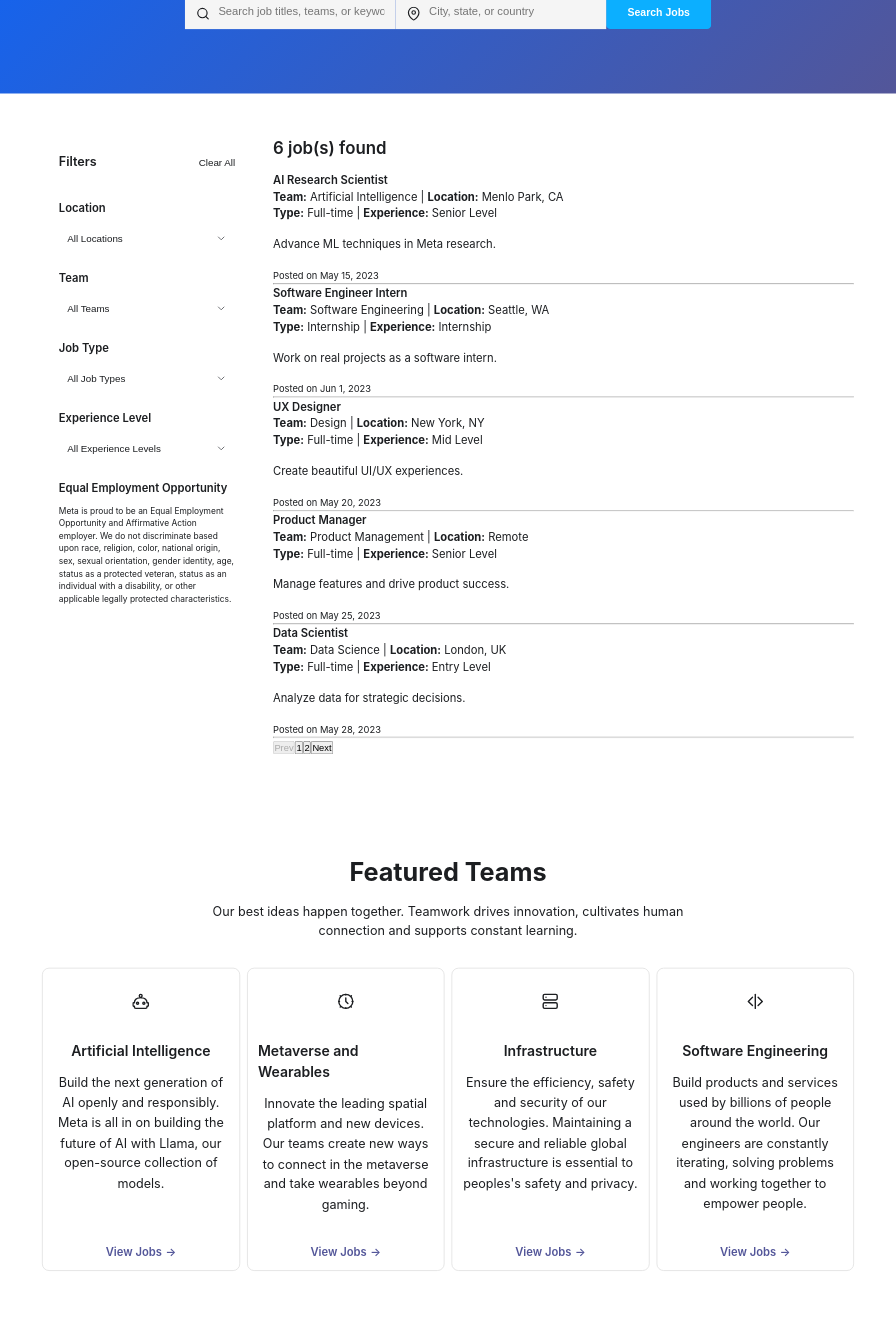
Repository: Siddharthkothiyal/GharPadhaaroCareerWebsite
Page: /careers
An editor plug-in stored every save of this project. The page is shown before and after the next save, followed by the edit.
The browser window is 1280 px wide. The pictures show the part of the page from y = 431 to 2351 px (the page is 2908 px tall before and 3175 px after), at 70% of full size.
The project was rebuilt for these pictures with package versions that can differ from the ones it lists, and the page was loaded fresh each time. Also part of the build but not shown: src/components/CareerPortal/ResumeUpload.css, src/components/CareerPortal/ResumeUpload.js, src/components/Auth/Login.js, src/components/Auth/Signup.js, src/components/LandingPage/LandingPage.js, src/components/CareerPortal/JobListing/JobCategory.js.

Above is the page before, as saved 2025-06-20 16:26:32.

### public/index.html
<!DOCTYPE html>
<html lang="en">

<head>
  <meta charset="utf-8" />
  <link rel="icon" href="%PUBLIC_URL%/favicon.ico" />
  <meta name="viewport" content="width=device-width, initial-scale=1" />
  <meta name="theme-color" content="#000000" />
  <meta name="description" content="GharPadharo - Find your perfect stay" />

  <!-- Font Awesome CDN (latest) -->
  <link rel="stylesheet" href="https://cdnjs.cloudflare.com/ajax/libs/font-awesome/6.5.2/css/all.min.css"
    integrity="sha512-SnH5WK+bZxgPHs44uWIX+LLJAJ9/2PkPKZ5QiAj6Ta86w+fsb2TkcmfRyVX3pBnMFcV7oQPJkl9QevSCWr3W6A=="
    crossorigin="anonymous" referrerpolicy="no-referrer" />

  <link rel="apple-touch-icon" href="%PUBLIC_URL%/logo192.png" />
  <title>GharPadharo</title>
</head>

<body>
  <noscript>You need to enable JavaScript to run this app.</noscript>
  <div id="root"></div>
  <!--
      This HTML file is a template.
      If you open it directly in the browser, you will see an empty page.

      You can add webfonts, meta tags, or analytics to this file.
      The build step will place the bundled scripts into the <body> tag.

      To begin the development, run `npm start` or `yarn start`.
      To create a production bundle, use `npm run build` or `yarn build`.
    -->
</body>

</html>

### src/components/CareerPortal/JobListing/JobListings.js
import React, { useState, useEffect } from 'react';

const JobListings = ({ searchQuery, filters, category }) => {
  // Mock job data with categories
  const mockJobs = [
    {
      id: 1,
      title: 'AI Research Scientist',
      team: 'Artificial Intelligence',
      location: 'Menlo Park, CA',
      jobType: 'Full-time',
      experience: 'Senior Level',
      category: 'engineering',
      description: 'Advance ML techniques in Meta research.',
      datePosted: '2023-05-15',
    },
    {
      id: 2,
      title: 'Software Engineer Intern',
      team: 'Software Engineering',
      location: 'Seattle, WA',
      jobType: 'Internship',
      experience: 'Internship',
      category: 'engineering',
      description: 'Work on real projects as a software intern.',
      datePosted: '2023-06-01',
    },
    {
      id: 3,
      title: 'UX Designer',
      team: 'Design',
      location: 'New York, NY',
      jobType: 'Full-time',
      experience: 'Mid Level',
      category: 'design',
      description: 'Create beautiful UI/UX experiences.',
      datePosted: '2023-05-20',
    },
    {
      id: 4,
      title: 'Product Manager',
      team: 'Product Management',
      location: 'Remote',
      jobType: 'Full-time',
      experience: 'Senior Level',
      category: 'product',
      description: 'Manage features and drive product success.',
      datePosted: '2023-05-25',
    },
    {
      id: 5,
      title: 'Data Scientist',
      team: 'Data Science',
      location: 'London, UK',
      jobType: 'Full-time',
      experience: 'Entry Level',
      category: 'engineering',
      description: 'Analyze data for strategic decisions.',
      datePosted: '2023-05-28',
    },
    {
      id: 6,
      title: 'HR Manager',
      team: 'Human Resources',
      location: 'Dublin, Ireland',
      jobType: 'Full-time',
      experience: 'Mid Level',
      category: 'hr',
      description: 'Manage hiring and people operations.',
      datePosted: '2023-06-05',
    },
  ];

  const [filteredJobs, setFilteredJobs] = useState([]);
  const [currentPage, setCurrentPage] = useState(1);
  const jobsPerPage = 5;

  useEffect(() => {
    let filtered = [...mockJobs];

    if (category) {
      filtered = filtered.filter(
        job => job.category && job.category.toLowerCase() === category.toLowerCase()
      );
    }

    if (searchQuery) {
      filtered = filtered.filter(
        job =>
          job.title.toLowerCase().includes(searchQuery.toLowerCase()) ||
          job.description.toLowerCase().includes(searchQuery.toLowerCase())
      );
    }

    if (filters.location) {
      filtered = filtered.filter(job => job.location === filters.location);
    }

    if (filters.team) {
      filtered = filtered.filter(job => job.team === filters.team);
    }

    if (filters.jobType) {
      filtered = filtered.filter(job => job.jobType === filters.jobType);
    }

    if (filters.experience) {
      filtered = filtered.filter(job => job.experience === filters.experience);
    }

    setFilteredJobs(filtered);
    setCurrentPage(1); // Reset to page 1 on filters/search change
  }, [searchQuery, filters, category]);

  // Pagination calculations
  const indexOfLastJob = currentPage * jobsPerPage;
  const indexOfFirstJob = indexOfLastJob - jobsPerPage;
  const currentJobs = filteredJobs.slice(indexOfFirstJob, indexOfLastJob);
  const totalPages = Math.ceil(filteredJobs.length / jobsPerPage);

  return (
    <div className="job-listings space-y-6">
      <h3 className="text-lg font-semibold text-gray-700">{filteredJobs.length} job(s) found</h3>

      {currentJobs.length > 0 ? (
        currentJobs.map(job => (
          <div
            key={job.id}
            className="job-card border border-gray-300 rounded-lg p-4 shadow hover:shadow-md transition"
          >
            <h4 className="text-xl font-semibold text-blue-700">{job.title}</h4>
            <p className="text-sm text-gray-600">
              <strong>Team:</strong> {job.team} | <strong>Location:</strong> {job.location}
              <br />
              <strong>Type:</strong> {job.jobType} | <strong>Experience:</strong> {job.experience}
            </p>
            <p className="mt-2 text-gray-700">{job.description}</p>
            <small className="text-xs text-gray-500">Posted on {formatDate(job.datePosted)}</small>
            <hr className="mt-4" />
          </div>
        ))
      ) : (
        <p className="text-gray-600">No jobs match your filters.</p>
      )}

      {/* Pagination */}
      {totalPages > 1 && (
        <div className="pagination flex gap-2 justify-center mt-6">
          <button
            onClick={() => setCurrentPage(prev => prev - 1)}
            disabled={currentPage === 1}
            className="px-3 py-1 rounded border border-gray-300 disabled:opacity-50"
          >
            Prev
          </button>
          {Array.from({ length: totalPages }, (_, i) => (
            <button
              key={i}
              onClick={() => setCurrentPage(i + 1)}
              className={`px-3 py-1 rounded border ${
                currentPage === i + 1 ? 'bg-blue-600 text-white' : 'border-gray-300'
              }`}
            >
              {i + 1}
            </button>
          ))}
          <button
            onClick={() => setCurrentPage(prev => prev + 1)}
            disabled={currentPage === totalPages}
            className="px-3 py-1 rounded border border-gray-300 disabled:opacity-50"
          >
            Next
          </button>
        </div>
      )}
    </div>
  );
};

// Format date helper
const formatDate = (dateString) => {
  const date = new Date(dateString);
  return date.toLocaleDateString('en-US', { year: 'numeric', month: 'short', day: 'numeric' });
};

export default JobListings;

### src/components/CareerPortal/JobListing/JobSearch.css
/* Job Search Styles */
.job-search {
  width: 100%;
  max-width: 900px;
  margin: 0 auto;
}

.search-container {
  display: flex;
  background-color: var(--meta-white);
  border-radius: var(--meta-radius);
  /* box-shadow: 0 4px 12px rgba(0, 0, 0, 0.15); */
  overflow: hidden;
}

.search-input-group {
  flex: 1;
  position: relative;
  border-right: 1px solid var(--meta-border);
}

.search-input-group:last-of-type {
  border-right: none;
}

.search-icon {
  position: absolute;
  left: 16px;
  top: 50%;
  transform: translateY(-50%);
  color: var(--meta-text-secondary);
}

.search-input {
  width: 100%;
  padding: 16px 16px 16px 48px;
  border: none;
  font-size: 16px;
  background: whitesmoke;
}

.search-input:focus {
  outline: none;
}

.search-button {
  padding: 10px 32px;
  border-radius: 90%;
  height: 100%;
  font-size: 10px;
  white-space: nowrap;
  background-color: var(--gharpadhaaro-white);
}

.searchBtn-div {
  width: 150px;
}

.searchBtn {
  height: 50px;
  width: 100%;
  font-size: 15px;
}

/* Responsive */
@media (max-width: 768px) {
  .search-container {
    flex-direction: column;
  }

  .search-input-group {
    border-right: none;
    border-bottom: 1px solid var(--meta-border);
  }

  .search-input-group:last-of-type {
    border-bottom: none;
  }

  .search-button {
    padding: 16px;
  }

  .searchBtn-div {
    width: 100%;
  }
}

### src/components/CareerPortal/JobListing/JobFilters.css
/* Job Filters Styles */
.job-filters {
  background-color: var(--meta-white);
  border-radius: var(--meta-radius);
  padding: 24px;
  box-shadow: 0 2px 8px var(--meta-shadow);
  height: fit-content;
}

.filter-header {
  display: flex;
  justify-content: space-between;
  align-items: center;
  margin-bottom: 24px;
  padding-bottom: 16px;
  border-bottom: 1px solid var(--meta-border);
}

.filter-header h3 {
  font-size: 18px;
  font-weight: 600;
  margin: 0;
}

.clear-filters {
  background: none;
  border: none;
  color: var(--meta-blue);
  font-size: 14px;
  font-weight: 500;
  cursor: pointer;
  transition: var(--meta-transition);
}

.clear-filters:hover {
  text-decoration: underline;
}

.filter-section {
  margin-bottom: 24px;
}

.filter-section h4 {
  font-size: 16px;
  font-weight: 600;
  margin: 0 0 12px 0;
  color: var(--meta-text);
}

.filter-select {
  width: 100%;
  padding: 12px;
  border-radius: var(--meta-radius);
  border: 1px solid var(--meta-border);
  background-color: var(--meta-white);
  font-size: 14px;
  color: var(--meta-text);
  transition: var(--meta-transition);
  appearance: none;
  background-image: url("data:[embedded picture, 264 characters]");
  background-repeat: no-repeat;
  background-position: right 12px center;
  cursor: pointer;
}

.filter-select:focus {
  border-color: var(--meta-blue);
  outline: none;
  box-shadow: 0 0 0 2px rgba(8, 102, 255, 0.2);
}

.eeo-statement {
  font-size: 12px;
  line-height: 1.5;
  color: var(--meta-text-secondary);
  margin: 0;
}

/* Responsive */
@media (max-width: 992px) {
  .job-filters {
    margin-bottom: 30px;
  }
}

### src/components/CareerPortal/FeaturedTeams.css
/* Featured Teams Styles */
.featured-teams {
  width: 100%;
}

.teams-grid {
  display: grid;
  grid-template-columns: repeat(auto-fill, minmax(280px, 1fr));
  gap: 10px;
}

.team-card {
  /* background-color: var(--meta-white); */
  background-color: white;
  border-radius: var(--meta-radius);
  padding: 15px;
  box-shadow: 0 2px 8px var(--meta-shadow);
  transition: var(--meta-transition);
  display: flex;
  flex-direction: column;
  align-items: center;
  height: 100%;
  border: 1px solid rgb(219, 219, 219);
  border-radius: 10px;
}

.team-card:hover {
  transform: translateY(-4px);
  box-shadow: 0 8px 16px var(--meta-shadow);
  /* border-color: var(--meta-blue); */
}

.team-icon {
  display: flex;
  align-items: center;
  justify-content: center;
  width: 64px;
  height: 64px;
  background-color: var(--meta-blue);
  border-radius: 50%;
  margin-bottom: 24px;
  color: var(--meta-white);
}

.team-name {
  font-size: 20px;
  font-weight: 600;
  margin: 0 0 16px 0;
  color: var(--meta-text);
}

.team-description {
  flex-grow: 1;
  margin: 0 0 24px 0;
  line-height: 1.6;
  color: var(--meta-text-secondary);
}

.team-link {
  display: inline-flex;
  align-items: center;
  text-decoration: none;
  color: var(--meta-blue);
  font-weight: 600;
  transition: var(--meta-transition);
}

.team-link span {
  margin-left: 8px;
  transition: var(--meta-transition);
}

.team-link:hover {
  color: var(--meta-blue-dark);
}

.team-link:hover span {
  transform: translateX(4px);
}

/* Responsive */
@media (max-width: 768px) {
  .teams-grid {
    grid-template-columns: repeat(auto-fill, minmax(240px, 1fr));
  }
}

@media (max-width: 576px) {
  .teams-grid {
    grid-template-columns: 1fr;
  }
}

### src/components/CareerPortal/Footer.css
/* Footer Styles */
.portal-footer {
  background-color: #1c1e21;
  color: #f0f2f5;
  padding: 60px 0 30px;
  margin-top: 80px;
}

.footer-content {
  display: grid;
  grid-template-columns: repeat(auto-fit, minmax(200px, 1fr));
  gap: 40px;
  margin-bottom: 40px;
}

.footer-section h4 {
  font-size: 18px;
  font-weight: 600;
  margin: 0 0 20px 0;
  color: #ffffff;
}

.footer-section ul {
  list-style: none;
  padding: 0;
  margin: 0;
}

.footer-section li {
  margin-bottom: 12px;
}

.footer-section a {
  text-decoration: none;
  color: #b0b3b8;
  transition: var(--meta-transition);
}

.footer-section a:hover {
  color: var(--meta-blue);
}

.footer-section p {
  color: #b0b3b8;
  margin-bottom: 16px;
  line-height: 1.5;
}

/* Newsletter Form */
.newsletter-form {
  display: flex;
  gap: 8px;
}

.newsletter-input {
  flex: 1;
  padding: 12px 16px;
  border-radius: var(--meta-radius);
  border: 1px solid #3a3b3c;
  background-color: #3a3b3c;
  color: #ffffff;
  font-size: 14px;
}

.newsletter-input:focus {
  outline: none;
  border-color: var(--meta-blue);
}

.newsletter-input::placeholder {
  color: #b0b3b8;
}

.newsletter-form .btn-primary{
  max-width: 90px;
  background-color: white;
  color: black;
padding-left: 5px;
}


/* Footer Bottom */
.footer-bottom {
  display: flex;
  flex-wrap: wrap;
  justify-content: space-between;
  align-items: center;
  padding-top: 30px;
  border-top: 1px solid #3a3b3c;
}

.footer-links {
  display: flex;
  flex-wrap: wrap;
  gap: 16px;
}

.footer-links a {
  text-decoration: none;
  color: #b0b3b8;
  font-size: 14px;
  transition: var(--meta-transition);
}

.footer-links a:hover {
  color: var(--meta-blue);
}

.copyright {
  color: #b0b3b8;
  font-size: 14px;
}

/* Responsive */
@media (max-width: 768px) {
  .footer-content {
    grid-template-columns: repeat(auto-fit, minmax(160px, 1fr));
  }

  .newsletter-form {
    flex-direction: column;
  }

  .footer-bottom {
    flex-direction: column;
    gap: 16px;
    text-align: center;
  }

  .footer-links {
    justify-content: center;
  }
}

@media (max-width: 576px) {
  .footer-content {
    grid-template-columns: 1fr;
  }
}

### src/components/CareerPortal/JobListing/JobListings.css
/* Job Listings Styles */
.job-listings {
  width: 100%;
}

.listings-header {
  display: flex;
  justify-content: space-between;
  align-items: center;
  margin-bottom: 24px;
}

.listings-header h2 {
  font-size: 24px;
  font-weight: 700;
  margin: 0;
}

.listings-header p {
  color: var(--meta-text-secondary);
  margin: 0;
  font-size: 14px;
}

.job-list {
  display: flex;
  flex-direction: column;
  gap: 16px;
}

.job-card {
  background-color: var(--meta-white);
  border-radius: var(--meta-radius);
  padding: 24px;
  box-shadow: 0 2px 8px var(--meta-shadow);
  transition: var(--meta-transition);
  border: 1px solid var(--meta-border);
}

.job-card:hover {
  transform: translateY(-2px);
  box-shadow: 0 4px 12px var(--meta-shadow);
  border-color: var(--meta-blue);
}

.job-card-header {
  display: flex;
  justify-content: space-between;
  align-items: flex-start;
  margin-bottom: 16px;
}

.job-title {
  font-size: 20px;
  font-weight: 600;
  margin: 0;
  color: var(--meta-blue);
}

.job-type {
  background-color: var(--meta-gray);
  padding: 6px 12px;
  border-radius: 20px;
  font-size: 12px;
  font-weight: 500;
  color: var(--meta-text);
}

.job-details {
  display: flex;
  flex-wrap: wrap;
  gap: 16px;
  margin-bottom: 16px;
}

.job-detail {
  display: flex;
  align-items: center;
  color: var(--meta-text-secondary);
  font-size: 14px;
}

.job-detail svg {
  margin-right: 8px;
}

.job-description {
  margin-bottom: 24px;
  line-height: 1.6;
  color: var(--meta-text);
}

.job-card-footer {
  display: flex;
  gap: 12px;
}

/* Pagination */
.pagination {
  display: flex;
  justify-content: center;
  margin-top: 32px;
  gap: 8px;
}

.pagination-btn {
  padding: 8px 16px;
  border: 1px solid var(--meta-border);
  background-color: var(--meta-white);
  border-radius: var(--meta-radius);
  cursor: pointer;
  transition: var(--meta-transition);
  font-size: 14px;
  color: var(--meta-text);
}

.pagination-btn:hover:not(:disabled) {
  background-color: var(--meta-gray);
  border-color: var(--meta-text-secondary);
}

.pagination-btn.active {
  background-color: var(--meta-blue);
  color: var(--meta-white);
  border-color: var(--meta-blue);
}

.pagination-btn:disabled {
  opacity: 0.5;
  cursor: not-allowed;
}

/* No Jobs Found */
.no-jobs-found {
  display: flex;
  flex-direction: column;
  align-items: center;
  justify-content: center;
  padding: 48px;
  background-color: var(--meta-white);
  border-radius: var(--meta-radius);
  box-shadow: 0 2px 8px var(--meta-shadow);
  text-align: center;
}

.no-jobs-found svg {
  color: var(--meta-text-secondary);
  margin-bottom: 16px;
}

.no-jobs-found h3 {
  font-size: 20px;
  font-weight: 600;
  margin: 0 0 8px 0;
}

.no-jobs-found p {
  color: var(--meta-text-secondary);
  margin: 0;
}

/* Responsive */
@media (max-width: 576px) {
  .job-card-header {
    flex-direction: column;
    gap: 8px;
  }

  .job-card-footer {
    flex-direction: column;
  }

  .job-details {
    flex-direction: column;
    gap: 8px;
  }
}

Loaded but not shown: src/index.js (common file); src/index.css (common file); src/reportWebVitals.js (common file); src/App.css (common file); src/components/CareerPortal/Header.js (154 lines, source omitted); src/components/CareerPortal/FeaturedTeams.js (81 lines, source omitted); src/components/CareerPortal/JobListing/JobFilters.js (137 lines, source omitted); src/components/CareerPortal/Footer.js (70 lines, source omitted); src/components/CareerPortal/JobListing/JobSearch.js (61 lines, source omitted); src/components/CareerPortal/index.js (64 lines, source omitted); src/App.js (35 lines, source omitted); src/components/LandingPage/LandingPage.css (410 lines, source omitted); src/components/CareerPortal/Header.css (315 lines, source omitted); src/components/CareerPortal/CareerPortal.css (173 lines, source omitted); src/components/Auth/Auth.css (191 lines, source omitted)

After the next save:
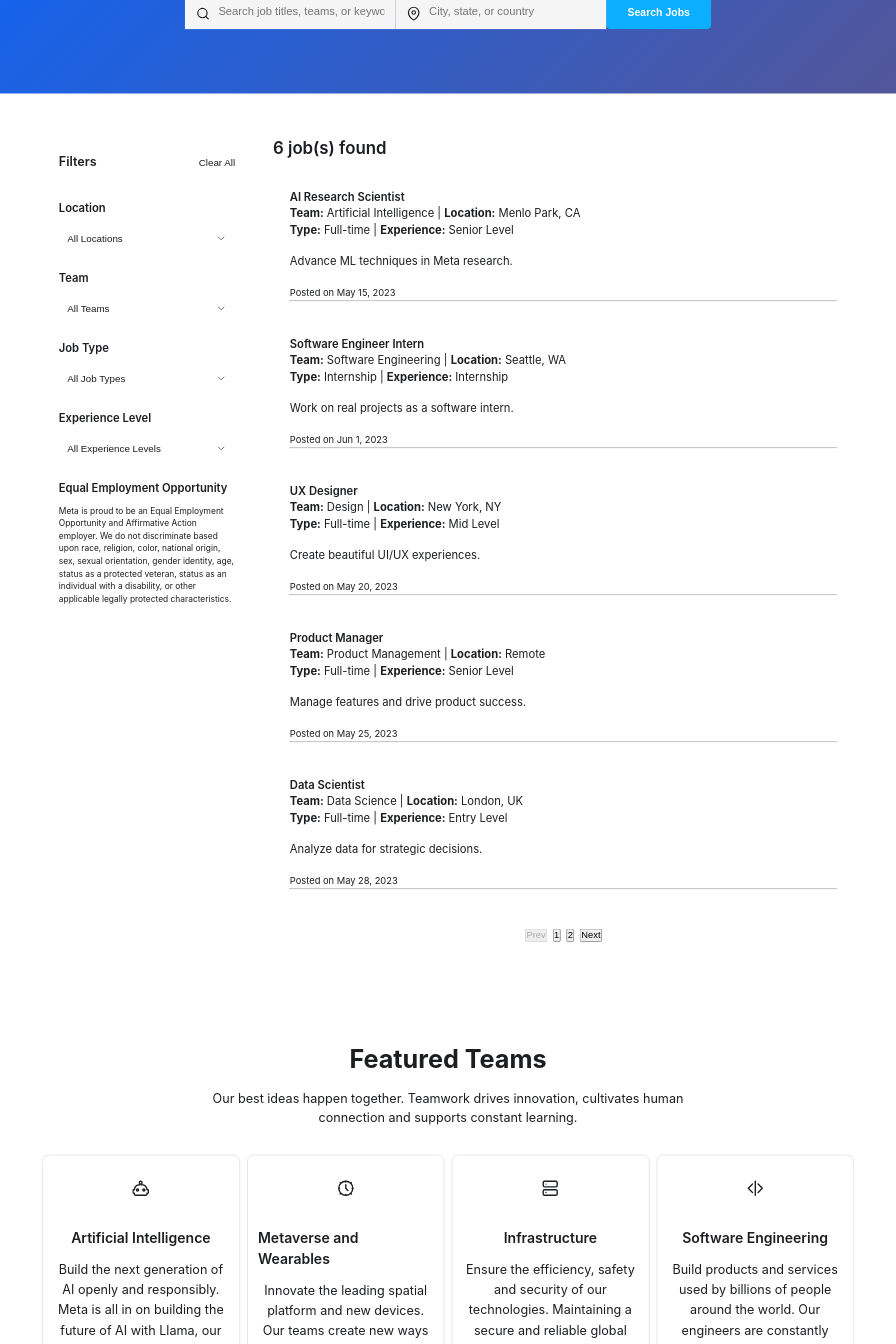
Saved 8 s later.
--- a/src/components/CareerPortal/JobListing/JobListings.js
+++ b/src/components/CareerPortal/JobListing/JobListings.js
@@ -1,7 +1,8 @@
 import React, { useState, useEffect } from 'react';
+import './JobListings.css';
 
 const JobListings = ({ searchQuery, filters, category }) => {
-  // Mock job data with categories
+  // 🔹 Mock job data with category
   const mockJobs = [
     {
       id: 1,
@@ -69,12 +70,14 @@
       description: 'Manage hiring and people operations.',
       datePosted: '2023-06-05',
     },
+    // add more if needed...
   ];
 
   const [filteredJobs, setFilteredJobs] = useState([]);
   const [currentPage, setCurrentPage] = useState(1);
   const jobsPerPage = 5;
 
+  // 🔎 Filter logic
   useEffect(() => {
     let filtered = [...mockJobs];
 
@@ -109,47 +112,43 @@
     }
 
     setFilteredJobs(filtered);
-    setCurrentPage(1); // Reset to page 1 on filters/search change
+    setCurrentPage(1); // Reset to page 1 when filters change
   }, [searchQuery, filters, category]);
 
-  // Pagination calculations
+  // 🔢 Pagination logic
   const indexOfLastJob = currentPage * jobsPerPage;
   const indexOfFirstJob = indexOfLastJob - jobsPerPage;
   const currentJobs = filteredJobs.slice(indexOfFirstJob, indexOfLastJob);
   const totalPages = Math.ceil(filteredJobs.length / jobsPerPage);
 
   return (
-    <div className="job-listings space-y-6">
-      <h3 className="text-lg font-semibold text-gray-700">{filteredJobs.length} job(s) found</h3>
+    <div className="job-listings">
+      <h3>{filteredJobs.length} job(s) found</h3>
 
       {currentJobs.length > 0 ? (
         currentJobs.map(job => (
-          <div
-            key={job.id}
-            className="job-card border border-gray-300 rounded-lg p-4 shadow hover:shadow-md transition"
-          >
-            <h4 className="text-xl font-semibold text-blue-700">{job.title}</h4>
-            <p className="text-sm text-gray-600">
+          <div key={job.id} className="job-card">
+            <h4>{job.title}</h4>
+            <p>
               <strong>Team:</strong> {job.team} | <strong>Location:</strong> {job.location}
               <br />
               <strong>Type:</strong> {job.jobType} | <strong>Experience:</strong> {job.experience}
             </p>
-            <p className="mt-2 text-gray-700">{job.description}</p>
-            <small className="text-xs text-gray-500">Posted on {formatDate(job.datePosted)}</small>
-            <hr className="mt-4" />
+            <p>{job.description}</p>
+            <small>Posted on {formatDate(job.datePosted)}</small>
+            <hr />
           </div>
         ))
       ) : (
-        <p className="text-gray-600">No jobs match your filters.</p>
+        <p>No jobs match your filters.</p>
       )}
 
-      {/* Pagination */}
+      {/* Pagination buttons */}
       {totalPages > 1 && (
-        <div className="pagination flex gap-2 justify-center mt-6">
+        <div className="pagination">
           <button
             onClick={() => setCurrentPage(prev => prev - 1)}
             disabled={currentPage === 1}
-            className="px-3 py-1 rounded border border-gray-300 disabled:opacity-50"
           >
             Prev
           </button>
@@ -157,9 +156,7 @@
             <button
               key={i}
               onClick={() => setCurrentPage(i + 1)}
-              className={`px-3 py-1 rounded border ${
-                currentPage === i + 1 ? 'bg-blue-600 text-white' : 'border-gray-300'
-              }`}
+              className={currentPage === i + 1 ? 'active' : ''}
             >
               {i + 1}
             </button>
@@ -167,7 +164,6 @@
           <button
             onClick={() => setCurrentPage(prev => prev + 1)}
             disabled={currentPage === totalPages}
-            className="px-3 py-1 rounded border border-gray-300 disabled:opacity-50"
           >
             Next
           </button>
@@ -177,7 +173,7 @@
   );
 };
 
-// Format date helper
+// 🗓️ Format date
 const formatDate = (dateString) => {
   const date = new Date(dateString);
   return date.toLocaleDateString('en-US', { year: 'numeric', month: 'short', day: 'numeric' });
